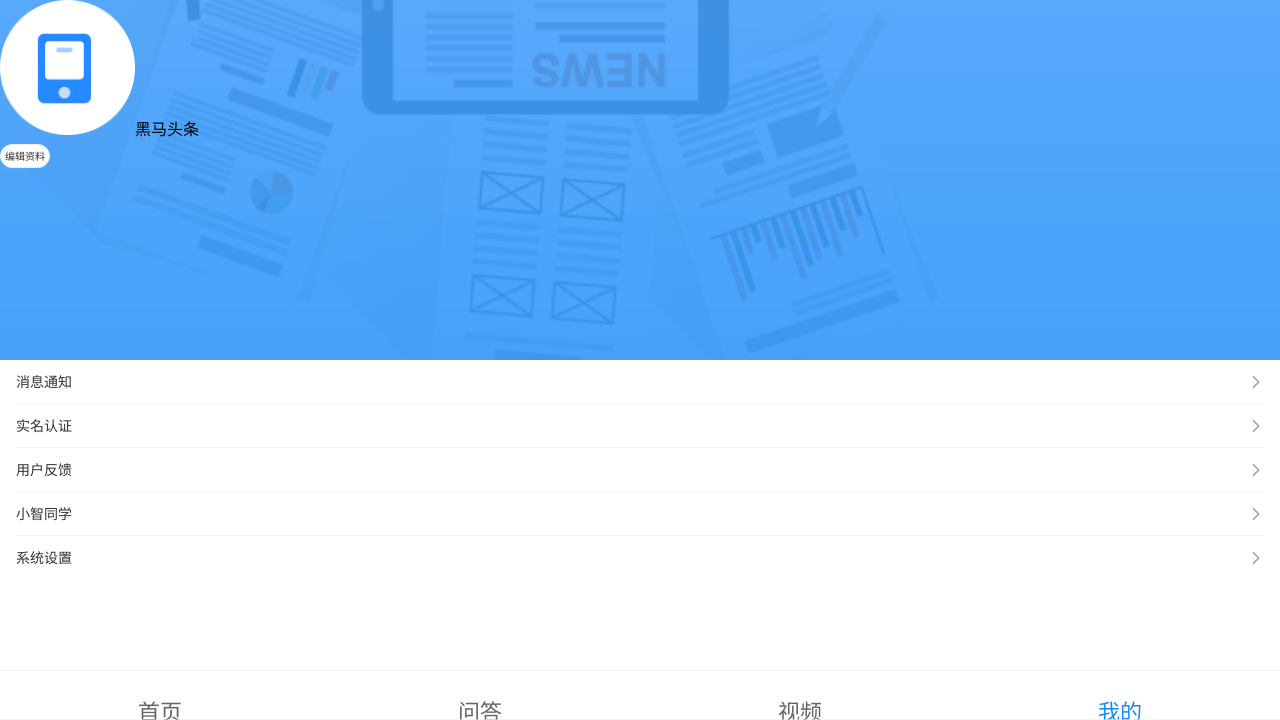
Repository: Tsukiau/yj-toutiao-m
Page: /#/my
These files come from the project's save history. The page is drawn as it stood at one moment and after the next save; the edit follows.
The browser window is 1280 px wide. The pictures show the whole page.
Some web fonts or font styles are not loaded; a fallback is used. The project was rebuilt for these pictures with package versions that can differ from the ones it lists, and the page was loaded fresh each time. Also part of the build but not shown: vue.config.js.

Above is the page before, as saved 2022-11-06 14:47:07.

### src/main.js
import Vue from 'vue'
import App from './App.vue'
import router from './router'
import store from './store'

import Vant from 'vant'
import 'vant/lib/index.css'
import 'amfe-flexible'

// 导入全局的样式文件
import './css/index.css'
Vue.use(Vant)
Vue.config.productionTip = false

new Vue({
  router,
  store,
  render: h => h(App)
}).$mount('#app')

### src/App.vue
<template>
  <div id="app">
    <router-view></router-view>
  </div>
</template>

<style lang="less">
</style>

### src/router/index.js
import Vue from 'vue'
import VueRouter from 'vue-router'

Vue.use(VueRouter)

const routes = [
  {
    path: '/',
    redirect: '/layout'
  },
  {
    path: '/login',
    name: 'login',
    component: () => import('@/views/login')
  },
  {
    path: '/layout',
    name: 'layout',
    component: () => import('@/views/layout'),
    children: [
      {
        path: '/home',
        name: 'home',
        component: () => import('@/views/home')
      },
      {
        path: '/my',
        name: 'my',
        component: () => import('@/views/my')
      },
      {
        path: '/ask',
        name: 'ask',
        component: () => import('@/views/ask')
      },
      {
        path: '/video',
        name: 'video',
        component: () => import('@/views/video')
      }
    ]
  },

]

const router = new VueRouter({
  routes
})

export default router

### src/store/index.js
import Vue from 'vue'
import Vuex from 'vuex'

import user from './modules/user'
Vue.use(Vuex)

export default new Vuex.Store({
   modules: {
     user
   }

})

### src/css/index.css
@font-face {
  font-family: "iconfont";
  /* Project id 3671134 */
  src: url('//at.alicdn.com/t/c/font_3671134_2emfzv8sq1v.woff2?t=1664107686856') format('woff2'), url('//at.alicdn.com/t/c/font_3671134_2emfzv8sq1v.woff?t=1664107686856') format('woff'), url('//at.alicdn.com/t/c/font_3671134_2emfzv8sq1v.ttf?t=1664107686856') format('truetype');
}
.iconfont {
  font-family: "iconfont" !important;
  font-size: 16px;
  font-style: normal;
  -webkit-font-smoothing: antialiased;
  -moz-osx-font-smoothing: grayscale;
}
.icon-fenxiang:before {
  content: "\e60a";
}
.icon-zuopin:before {
  content: "\e60b";
}
.icon-pinglun1:before {
  content: "\e60c";
}
.icon-guanbi:before {
  content: "\e60d";
}
.icon-gengduo:before {
  content: "\e60e";
}
.icon-shanchu:before {
  content: "\e60f";
}
.icon-shouye1:before {
  content: "\e610";
}
.icon-shoucang:before {
  content: "\e611";
}
.icon-shouji1:before {
  content: "\e612";
}
.icon-zuojiantou:before {
  content: "\e613";
}
.icon-sousuo:before {
  content: "\e614";
}
.icon-dianzan:before {
  content: "\e615";
}
.icon-wenda:before {
  content: "\e616";
}
.icon-wuwangluo1:before {
  content: "\e617";
}
.icon-fenxiang1:before {
  content: "\e618";
}
.icon-dianzan2:before {
  content: "\e619";
}
.icon-shipin:before {
  content: "\e61a";
}
.icon-yanzhengma:before {
  content: "\e61b";
}
.icon-lishi1:before {
  content: "\e61c";
}
.icon-wode:before {
  content: "\e61d";
}
.icon-youjiantou:before {
  content: "\e61e";
}
.icon-zuopin1:before {
  content: "\e61f";
}
.icon-yuedu:before {
  content: "\e620";
}
.icon-pinglun:before {
  content: "\e601";
}
.icon-lishi:before {
  content: "\e602";
}
.icon-shouye:before {
  content: "\e603";
}
.icon-shouji:before {
  content: "\e604";
}
.icon-wuwangluo:before {
  content: "\e605";
}
.van-nav-bar {
  background-color: #3296fa;
}
.van-nav-bar /deep/ .van-nav-bar__title {
  color: #fff;
}

### src/views/layout/index.vue
<template>
  <div class="layout-container">

    <!-- 标签导航栏 -->
    <van-tabbar class="layout-tabbar"  route>
      <van-tabbar-item to="/">
        <i slot="icon" class="iconfont icon-shouye"></i>
        <span class="text">首页</span>
      </van-tabbar-item >
      <!--  -->
      <van-tabbar-item to="/ask">
        <i slot="icon" class="iconfont icon-wenda"></i>
        <span class="text">问答</span>
      </van-tabbar-item>
      <!--  -->
      <van-tabbar-item to="/video">
        <i slot="icon" class="iconfont icon-shipin"></i>
        <span class="text">视频</span>
      </van-tabbar-item>
      <!--  -->
      <van-tabbar-item to="/my">
        <i slot="icon" class="iconfont icon-wode"></i>
        <span class="text">我的</span>
      </van-tabbar-item>
    </van-tabbar>
    <router-view />
  </div>
</template>

<script>
export default {
  name: 'layou',
  data() {
    return {
    }
  }
}
</script>

<style lang="less" scoped>
.layout-container {
  .layout-tabbar {
    i.iconfont {
      font-size: 30px;
    }
    span.text {
      font-size: 22px;
    }
  }
}
</style>

### src/views/my/index.vue
<template>
  <div class="my-container">
    <div class="header userInfo">
      <div class="left">
        <img
        class="mobile-img"
        src="~@/assets/mobile.png"
        @click="$router.push('/login')"
      >
      <span class="name">黑马头条</span>
      </div>
     <div class="right">
      <van-button type="default" size="mini" round>编辑资料</van-button>
     </div>
    </div>
    <!--  -->
    <div class="data"></div>
    <!--  -->
    <div class="grid-nav"></div>
    <van-cell title="消息通知" is-link url="" />
    <van-cell title="实名认证" is-link url="" />
    <van-cell title="用户反馈" is-link url="" />
    <van-cell title="小智同学" is-link url="" />
    <van-cell title="系统设置" is-link url="" />
  </div>
</template>

<script>
export default {
  name: 'MyIndex',
  components: {},
  props: {},
  data () {
    return {}
  },
  computed: {},
  watch: {},
  created () {},
  mounted () {},
  methods: {}
}
</script>

<style scoped lang="less">
.my-container {
  > .header {
    height: 360px;
    background: url("~@/assets/banner.png") no-repeat;
    background-size: cover;
    .userInfo {
       background-color: red;
       .base {

       }
    }
    .mobile-img {
      width: 135px;
      height: 135px;
    }
  }
}
</style>

### src/store/modules/user.js
import { getToken, setToken } from '@/utils/Cookies'
import {login } from '@/api/user'

const state = {
  token: getToken()
}
const mutations = {
  setToken(state, token) {
    state.token = token
    setToken(token)
  }
}
const actions = {
   async getLogin(context, data) {
    const {token} = await login(data)
    context.commit('setToken',token)

  }
}
export default {
  namespaced: true,
  state,
  mutations,
  actions

}

### src/api/user.js
import request from '@/utils/request'

// 发送短信验证码
export function getSms (mobile) {
  return request({
    method: 'GET',
    url: `/v1_0/sms/codes/${mobile}`
  })
}

/**
 * 用户登录
 */
export function login(data) {
  return request({
    method: 'POST',
    url: '/v1_0/authorizations',
    data
  })
}

### src/utils/Cookies.js
import Cookies from 'js-cookie'

const Token = 'Token'

export function getToken(){
   return Cookies.get(Token)
}

export function setToken(token){
    return Cookies.set(Token, token)
}

export function removeToken(){
    return Cookies.remove(Token)
}

### src/utils/request.js
import axios from 'axios'

const request = axios.create({
  baseURL: 'http://toutiao.itheima.net/',
  timeout: 5000
})

request.interceptors.response.use(response => {
  const { message, data } = response.data
  if (!message) return Promise.reject(new Error(message))
  return data
})

export default request

Loaded but not shown: public/index.html (common file)

After the next save:
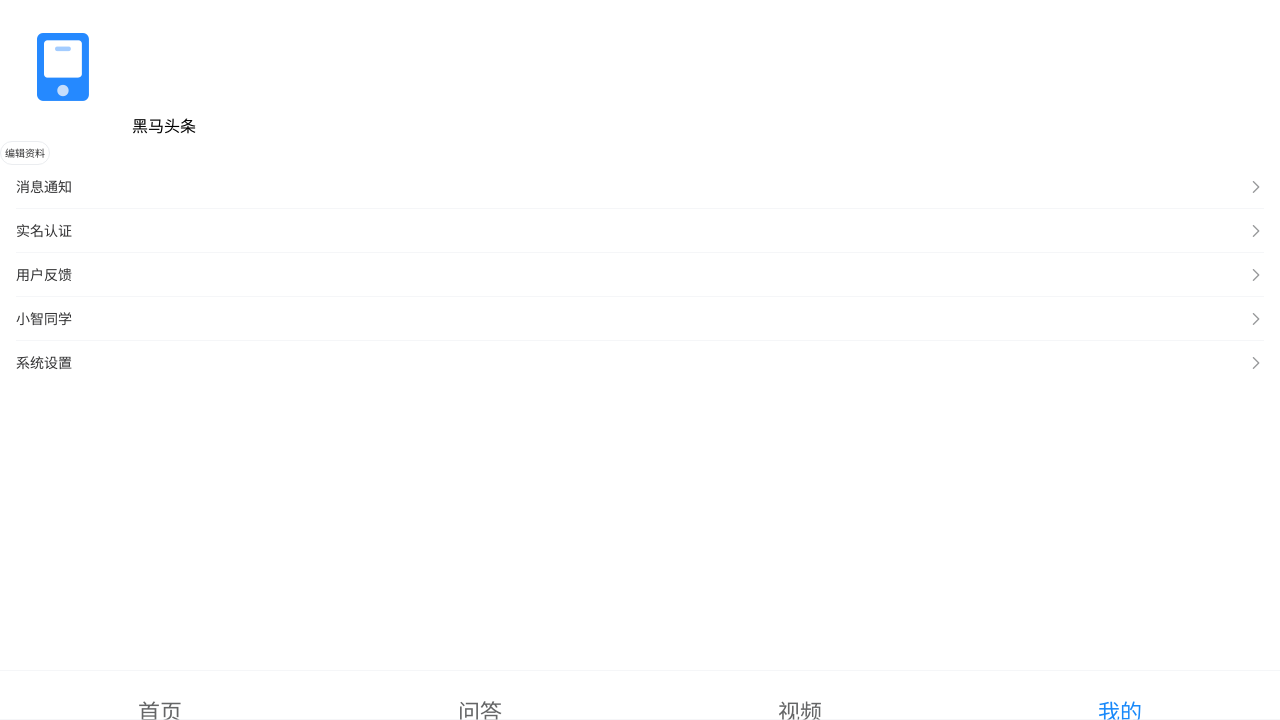
Saved 46 s later.
--- a/src/views/my/index.vue
+++ b/src/views/my/index.vue
@@ -43,20 +43,6 @@ export default {
 
 <style scoped lang="less">
 .my-container {
-  > .header {
-    height: 360px;
-    background: url("~@/assets/banner.png") no-repeat;
-    background-size: cover;
-    .userInfo {
-       background-color: red;
-       .base {
 
-       }
-    }
-    .mobile-img {
-      width: 135px;
-      height: 135px;
-    }
-  }
 }
 </style>
